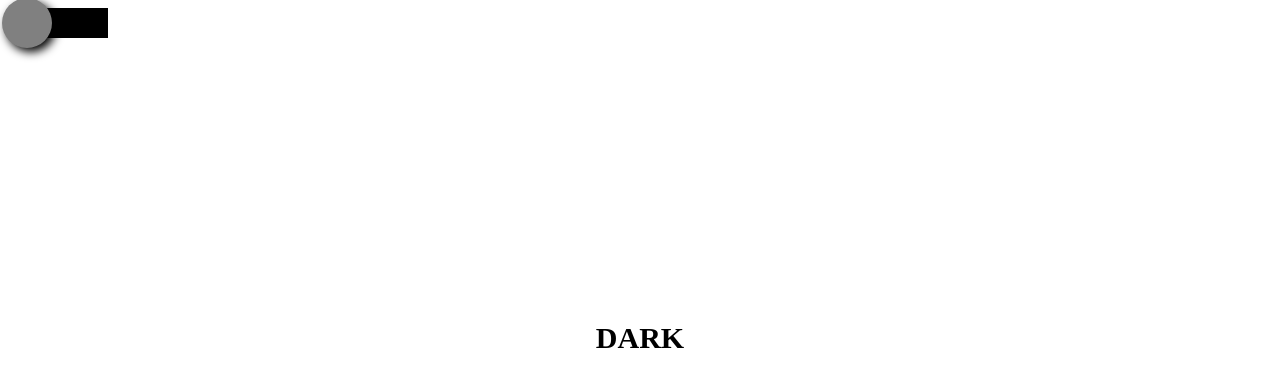
Repository: Eugene44-hub/darkmode-lightmode
Page: index.html
The author's editor kept a copy of each file at every save. The page is drawn from the files as they stood at one save, then again after a run of saves.
The browser window is 1280 px wide. The pictures show the whole page.
After loading, the first visible `div.circle` was clicked once.

Above is the page before, as saved 2021-09-13 01:53:22.

After the next 2 saves:
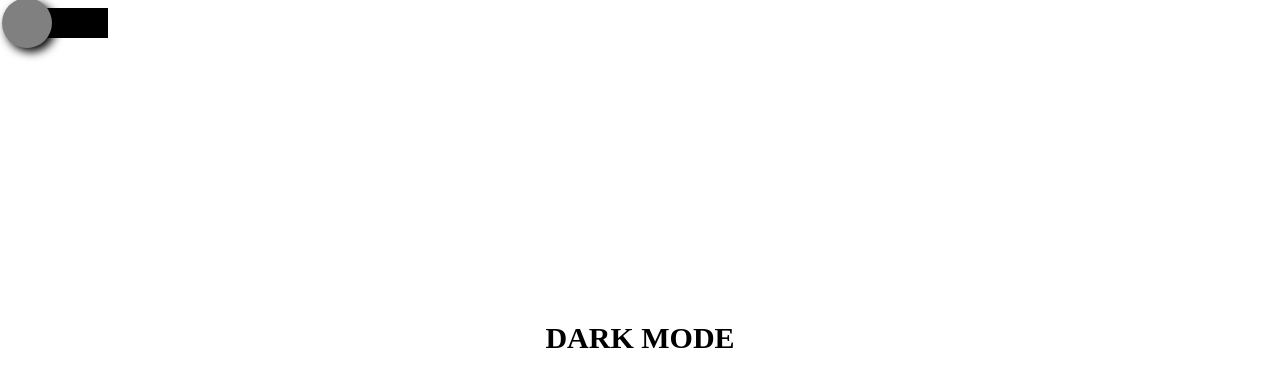
The 2 saves are shown as one change because they came seconds apart.
The last was saved 5 s later.
--- a/app.js
+++ b/app.js
@@ -13,7 +13,7 @@ circle.addEventListener('click', e => {
         circle.style.left = '-6px'
         document.body.style.backgroundColor = 'white';
         text.style.color = 'black';
-        text.textContent = 'dark'
+        text.textContent = 'dark mode';
         box.style.backgroundColor = 'black';
     }
 })
